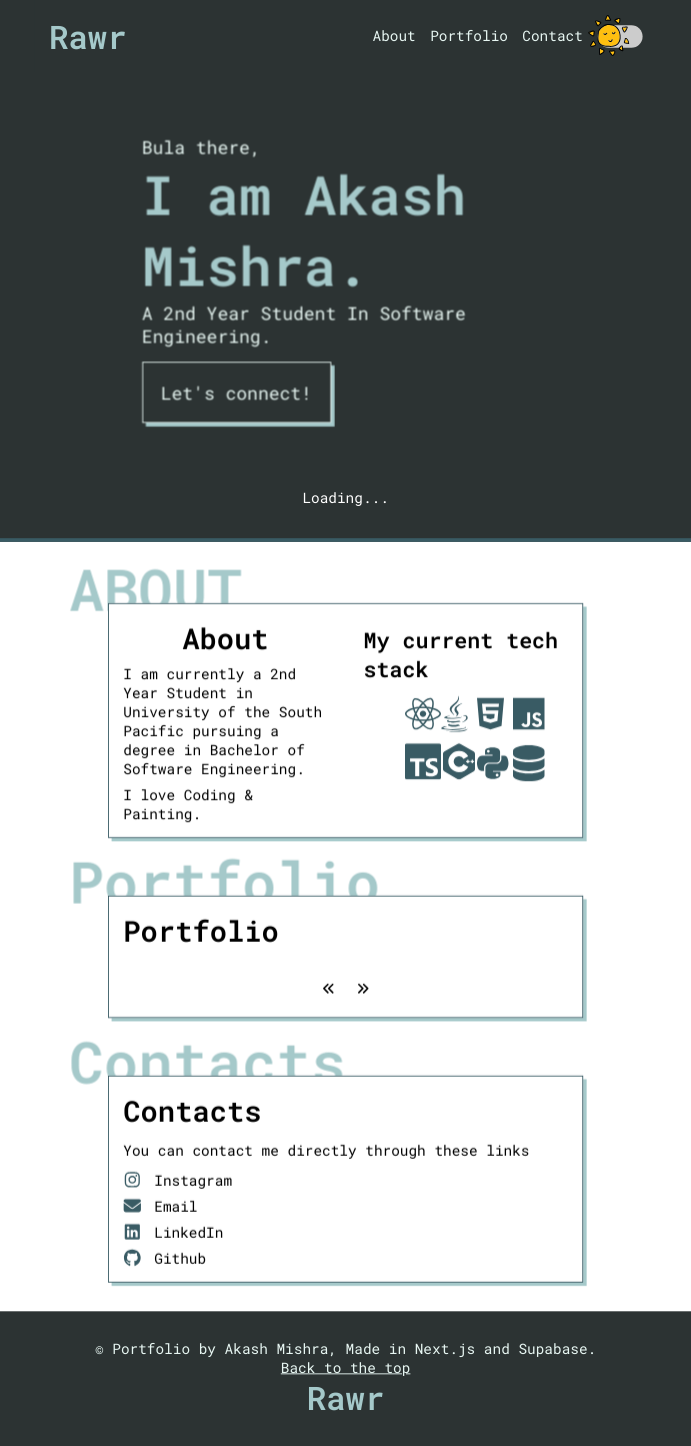
Repository: akashrawr/personal-portfolio
Page: /
These files come from the project's save history. The page is drawn as it stood at one moment and after the next save; the edit follows.
The browser window is 768 px wide. The pictures show the whole page, at 90% of full size.
The page's requests for data from a server got no answer. The project was rebuilt for these pictures with package versions that can differ from the ones it lists, and the page was loaded fresh each time. The framework's server and built-in components were replaced by stand-ins that run in the browser. No one was signed in, and anything a server would have sent is missing. Also part of the build but not shown: next.config.ts.

Above is the page before, as saved 2025-01-03 20:33:16.

### app/layout.tsx
import type { Metadata } from "next";
import { Geist, Geist_Mono } from "next/font/google";
import "./globals.css";

const geistSans = Geist({
  variable: "--font-geist-sans",
  subsets: ["latin"],
});

const geistMono = Geist_Mono({
  variable: "--font-geist-mono",
  subsets: ["latin"],
});

export const metadata: Metadata = {
  title: "akashrawr",
  description: "Personal Portfolio",
};

export default function RootLayout({
  children,
}: Readonly<{
  children: React.ReactNode;
}>) {
  return (
    <html lang="en" translate="no"> {/* Prevent translation of the entire page */}
      <head>
        <meta charSet="UTF-8" />
        <meta httpEquiv="Content-Language" content="en" /> {/* Explicitly set content language */}
        <meta name="google" content="notranslate" /> {/* Inform Google to not translate */}
        <link rel="icon" href="/rawr.ico" type="image/x-icon" />
        <title>akashrawr</title>
        <meta name="description" content="My Personal Portfolio" />
      </head>
      <body className={`${geistSans.variable} ${geistMono.variable} antialiased`}>
        <div className="notranslate">
          {children}
        </div>
      </body>
    </html>
  );
}

### app/page.tsx
"use client"; // Enables client-side functionality
import React, { useState, useEffect } from "react";
import AOS from "aos";
import "aos/dist/aos.css";
import "./globals.css"; // Import global styles

// Import components
import Header from "./components/Header";
import Hero from "./components/Hero";
import About from "./components/About";
import Portfolio from "./components/Portfolio";
import Contact from "./components/Contact";
import Footer from "./components/Footer";

const Page: React.FC = () => {
  useEffect(() => {
    AOS.init({ once: true, delay: 0 });
  }, []);

  const [isNavVisible, setIsNavVisible] = useState(false);
  const [darkMode, setDarkMode] = useState(false);

  const toggleNav = () => {
    setIsNavVisible(!isNavVisible);
  };

  const toggleDarkMode = () => {
    setDarkMode(!darkMode);
    document.body.classList.toggle("dark-mode", !darkMode);
  };

  return (
    <div>
      <Header
        isNavVisible={isNavVisible}
        toggleNav={toggleNav}
        darkMode={darkMode}
        toggleDarkMode={toggleDarkMode}
      />
      <main>
        <Hero />
        <About />
        <Portfolio />
        <Contact />
      </main>
      <Footer />
    </div>
  );
};

export default Page;

### app/globals.css
@import url("https://fonts.googleapis.com/css2?family=Roboto+Mono:wght@300;400;600&display=swap");

:root {
  --primary-color: #2c3333;
  --secondary-color: #395b64;
  --accent-1: #a5c9ca;
  --accent-2: #e7f6f2;
  --neutral-1: black;
  --neutral-2: white;
  --neutral-3: white;
  --neutral-4: black;
  --icon-1: #395b64;

  --dark-primary-color: #121212;
  --dark-secondary-color: #1f1f1f;
  --dark-accent-1: #6c757d;
  --dark-accent-2: #adb5bd;
  --dark-neutral-1: #ffffff;
  --dark-neutral-2: #121212;
  --dark-neutral-3:#1f1f1f;
  --dark-neutral-4: #938f8f;
  --dark-icon-1: #938f8f;

}

*,
*::after,
*::before {
  margin: 0;
  padding: 0;
  font-family: "Roboto Mono", monospace;
  box-sizing: border-box;


}

html {
  scroll-behavior: smooth;
}

body {
  overflow-x: hidden;
  background-color: var(--neutral-3);
  color: var(--neutral-1);
  font-family: "Roboto Mono", monospace;
}

body.dark-mode {
  --primary-color: var(--dark-primary-color);
  --secondary-color: var(--dark-secondary-color);
  --accent-1: var(--dark-accent-1);
  --accent-2: var(--dark-accent-2);
  --neutral-1: var(--dark-neutral-1);
  --neutral-2: var(--dark-neutral-2);
  --neutral-3: var(--dark-neutral-3);
  --neutral-4: var(--dark-neutral-4);
  --icon-1:var(--dark-icon-1);
}


/* Navbar styles */

header {
  display: flex;
  align-items: center;
  justify-content: center;

  max-width: 100vw;
  background-color: var(--primary-color);
}

a {
  font-size: 14px;
  text-decoration: none;
}

h1 {
  font-family: "Roboto Mono", monospace;
}

.navbar-nav {
  display: flex;
  align-items: center;
  justify-content: space-between;
  background-color: var(--primary-color);
  padding: 1rem;
  width: 90%;
}

.nav-logo {
  grid-column: 1;
}

.nav-logo > h1 {
  font-size: 30px;
  color: var(--accent-1);
}

.primary-nav {
  display: flex;
  list-style: none;
  gap: 16px;

  grid-column: 2;
  justify-self: end;
}

.mobile-nav-toggle {
  display: none;
  cursor: pointer;
}

.nav-link:link,
.nav-link:visited {
  font-size: 16px;
  color: var(--accent-2);

  transition: 300ms ease-in-out;
}

.nav-link:hover {
  font-weight: 600;
  color: var(--accent-1);
}

.user-icon {
  width: 24px;
  height: 24px;
  fill: var(--accent-1);
  transition: fill 0.3s ease;
}

.user-icon:hover {
  fill: var(--accent-1);
}

/* Dark mode toggle button */
.theme-toggle {
  background: none;
  border: none;
  cursor: pointer;
  padding: 8px;
  display: flex;
  align-items: center;
}

.nav-icons {
  --size: 30px;
  width: var(--size);
  aspect-ratio: 1;
  cursor: pointer;
}



@media only screen and (max-width: 35em) {
  .primary-nav {
    position: fixed;
    top: 0;
    right: 0;
    bottom: 0;
    width: 125px;

    flex-direction: column;
    padding: min(15vh, 3rem) 1rem;
    background-color: var(--primary-color);
    border-left: 2px solid rgb(111, 111, 111); /* Add this line for the left border */

    z-index: 9999;

    transform: translateX(100%);
    transition: transform 350ms ease-out;
  }


  .nav-link:link,
  .nav-link:visited {
    font-size: 15px;
    color: var(--accent-1);
  }

  .primary-nav[data-visible="true"] {
    transform: translateX(0%);
  }

  .mobile-nav-toggle[aria-expanded="true"] {
    background: url('data:[embedded picture, 416 characters]') center center no-repeat;
  }

  .mobile-nav-toggle {
    display: block;
    position: absolute;
    background: url('data:[embedded picture, 417 characters]') center center no-repeat;

    width: 1.25rem;
    aspect-ratio: 1;

    border: none;

    top: 1.4rem;
    right: 2.5rem;
    z-index: 10000;

    transition: 250ms ease-in-out;
  }
}

/* Section styles */

section {
  display: flex;
  align-items: center;
  justify-content: center;

  max-width: 100vw;
  position: relative;
}

/* HERO SECTION */
#hero {
  background-color: var(--primary-color);
  border-bottom: 4px solid var(--icon-1);
  padding: 2.2rem;
}

/* Main container for text and image */
.hero-main-container {
  display: flex;
  flex-wrap: wrap;
  align-items: center;
  justify-content: space-between;
  gap: 16px;
}

/* Text Container */
.hero-container {
  flex: 1;
  display: flex;
  flex-direction: column;
  gap: 16px;
  padding: 2.2rem;
  width: 90%;
  height: 350px;
  animation: fade-in 500ms linear forwards;
}

.hero-text-container > h2 {
  font-size: 28px;
  color: var(--accent-1);
}

.hero-text-container > p {
  font-size: 12px;
  color: var(--accent-2);
}

.hero-button {
  align-self: flex-start;

  font-size: 14px;
  padding: 1em;

  color: var(--accent-2);
  background-color: transparent;

  border: 1px solid var(--accent-2);
  box-shadow: 4px 4px 0px var(--accent-1);

  transition: 300ms ease-in-out;
}

.hero-button:hover {
  background-color: var(--accent-2);
  color: var(--primary-color);
  box-shadow: 6px 6px 0px var(--secondary-color);
}

/* Image Container */
.hero-img {
  flex: 1;
  display: flex;
  justify-content: center;
  align-items: center;
}

.hero-image {
  max-width: 50%;
  height: auto;
  border-radius: 10px;
  box-shadow: 0 4px 8px rgba(0, 0, 0, 0.1);
  border: 1px solid var(--secondary-color);
  background-color: var(--neutral-2);
  box-shadow: 4px 4px 0px var(--accent-1);
}

.hero-img p{
color:white;
}


/* Responsive Styles */
@media screen and (max-width: 768px) {
  .hero-main-container {
    flex-direction: column;
  }
  .hero-img {
    margin-top: 20px;
  }
  .hero-container, .hero-image {
    max-width: 75%;
    height: auto;
  }
  .hero-text-container {
    text-align: left;
    max-width: 95%;
  }


}
.hero-text-container > h2 {
  font-size: 30px;
  color: var(--accent-1);
}
.hero-text-container > p {
  font-size: 16px;
}
.project-card > h3 {
  font-size: 12px;
  color: var(--secondary-color);
}

/* ABOUT */

#about {
  padding: 2rem;
  margin-top: 36px;
  animation: fade-in 500ms linear forwards;

}

.wave-asset {
  width: 100%;
  position: absolute;

  top: 0;
  left: 0;
}

.about-container {
  display: flex;
  align-items: center;
  justify-content: center;
  background-color: var(--neutral-2);
  width: 90%;
  z-index: 999;
}

.about-card,
.portfolio-card,
.contact-card {
  display: flex;
  flex-direction: column;
  gap: 16px;
  border: 1px solid var(--secondary-color);
  background-color: var(--neutral-2);

  width: 100%;
  padding: 1rem;

  box-shadow: 4px 4px 0px var(--accent-1);
}

.about-content,
.portfolio-content {
  width: 100%;
  display: flex;
  flex-direction: column;
  gap: 8px;
}

.about-content > h2,
.about-content > h3 {
  color: var(--neutral-4);
}

.about-content > p {
  font-size: 12px;
  color: var(--neutral-4);
}

.tech-stack-grid {
  width: 65%;
  display: grid;
  grid-template-columns: repeat(4, 1fr);
  place-items: center;
}

.tech-stack {
  --size: 30px;
  width: var(--size);
  aspect-ratio: 1;
}

/* Portfolio container */

#portfolio {
  padding: 2rem;
  animation: fade-in 500ms linear forwards;
}

.portfolio-container {
  width: 90%;
  z-index: 999;
}

.project-container {
  display: grid;
  grid-template-columns: repeat(2, 1fr);
  gap: 16px;
}

.portfolio-content > h2 {
  color: var(--neutral-4);
}

.project-card {
  display: flex;
  flex-direction: column;
  gap: 4px;

  padding: 1rem;
  border-radius: 8px;
  border: 1px solid var(--accent-1);
}

.project-card > h3 {
  color: var(--neutral-4);
}

.project-card > h5 {
  color: var(--neutral-4);
  opacity: 0.5;
}

.project-card > p {
  font-size: 12px;
  width: 100%;
  display: -webkit-box;
  -webkit-box-orient: vertical;
  -webkit-line-clamp: 3;
  overflow: hidden;
  color: var(--neutral-4);
}

.project-img {
  width: 100%;
  aspect-ratio: 16/9;
}

.project-card-links {
  align-self: flex-end;

  margin-top: 10px;
  display: flex;
  align-items: center;
  gap: 12px;
}

.project-icons {
  --size: 20px;
  width: var(--size);
  aspect-ratio: 1;
}

.project-card-links > a {
  display: flex;
  align-items: center;
  color: var(--neutral-4);
  font-size: 10px;
  gap: 4px;
}

.project-card-links > a:link,
.project-card-links > a:visited {

  color: var(--neutral-4);
}

.project-card-links > a:hover {
  font-weight: 600;
  color: var(--accent-1);
}

/* CONTACT */
#contact {
  padding: 2rem;
  animation: fade-in 500ms linear forwards;
}

.contact-container {
  width: 90%;
  z-index: 999;
}

.contact-card {
  width: 100%;
  gap: 12px;
}
.contact-card > h2 {
    color: var(--neutral-4);
}

.contact-card > p {
  font-size: 12px;
  color: var(--neutral-4);
}

.contact-links {
  display: flex;
  flex-direction: column;
  gap: 8px;
}

.contact-links > a {
  display: flex;
  align-items: center;
  gap: 8px;
}

.contact-links > a:link,
.contact-links > a:visited {
  color: var(--neutral-4);
}

.contact-links > a:hover {
  font-weight: 600;
  color: var(--accent-1);
}
.contact-icons {
  --size: 20px;
  width: var(--size);
  aspect-ratio: 1;
}

/* extras */
.section-highlight {
  font-size: 4rem;
  font-weight: 600;
  opacity: 0.5;
  color: var(--accent-1);

  position: absolute;
  top: 0;
  left: 100px;
}

/* footer */
footer {
  display: flex;
  align-items: center;
  justify-content: center;
  color: var(--accent-2);
  max-width: 100vw;
  background-color: var(--primary-color);
  min-height: 150px;
}

.footer-content {
  text-align: center;
  font-size: 12px;
  width: 90%;

  color: var(--accent-2);
}

.footer-content > p {
  text-decoration: underline;
}

.footer-content > a {
  text-decoration: underline;
}

.footer-content > a:link,
.footer-content > a:visited {
  color: var(--accent-2);
}

.footer-content > a:hover {
  color: var(--accent-1);
}
/* media queries */

@media only screen and (max-width: 35em) {
  .hero-container {
    padding: 1rem;
    height: 200px;
  }
  .project-container {
    grid-template-columns: 1fr;
  }
  .tech-stack-grid {
    width: 100%;
  }
  .section-highlight {
    font-size: 3.5rem;
    top: -16px;
    left: 6vw;
  }
}

@media only screen and (min-width: 35em) {
  .hero-container {
    height: 250px;
  }
  .about-container,
  .portfolio-container,
  .contact-container {
    width: 75%;
  }

  .about-card,
  .portfolio-card {
    align-items: center;
    justify-content: center;
    flex-direction: row;
    gap: 20px;
  }

  .section-highlight {
    top: -26px;
    left: 10vw;
  }
}

@media only screen and (min-width: 768px) {
  .nav-logo > h1 {
    font-size: 36px;
  }

  /* hero */
  .hero-container {
    height: 350px;
  }

  .hero-text-container > p {
    font-size: 20px;
  }

  .hero-text-container > h2 {
    font-size: 60px;
  }

  .hero-button {
    font-size: 20px;
  }

  /* about */
  .about-card {
    gap: 40px;
  }

  .about-content > h2 {
    font-size: 32px;
  }

  .about-content > h3 {
    font-size: 24px;
  }

  .about-content > p {
    font-size: 16px;
  }

  .tech-stack-section {
    align-self: flex-start;
    margin-top: 8px;
  }

  .tech-stack {
    --size: 40px;
    width: var(--size);
    aspect-ratio: 1;
  }

  /* portfolio */
  .portfolio-content > h2 {
    font-size: 32px;
  }

  .project-card > h3 {
    font-size: 24px;
  }

  .project-card > h5,
  .project-card > p {
    font-size: 16px;
  }

  .project-card-links > a {
    font-size: 16px;
  }

  /* contacts */
  .contact-card > h2 {
    font-size: 32px;
  }

  .contact-card > p {
    font-size: 16px;
  }

  .contact-links > a {
    font-size: 16px;
  }
  .footer-content,
  .footer-content > a {
    font-size: 16px;
  }
}

@media only screen and (min-width: 1024px) {
  .section-highlight {
    top: -26px;
    left: 10vw;
  }
}

@keyframes fade-in {
  0% {
    opacity: 0;
  }
  100% {
    opacity: 1;
  }
}

/* Adjust specific sections as needed for React-specific behaviors */
.primary-nav.visible {
  transform: translateX(0%);
}

/* The switch - the box around the slider */
.switch {
  position: relative;
  display: inline-block;
  width: 50px;
  height: 25px;
}

/* Hide default HTML checkbox */
.switch input {
  opacity: 0;
  width: 0;
  height: 0;
}

/* The slider */
.slider {
  position: absolute;
  cursor: pointer;
  top: 0;
  left: 0;
  right: 0;
  bottom: 0;
  background-color: #ccc;
  -webkit-transition: .4s;
  transition: .4s;
  border-radius: 25px; /* Rounded edges for the slider */
  display: flex;

  align-items: center;
}

/* Adjust the icon size to 48x48 pixels */
.slider .icon {
  position: absolute;
  width: 48px;
  height: 48px;
  transition: .4s;
}

/* When the input is checked (dark mode is on) */
input:checked + .slider {
  background-color: #3e4346; /* Change background color on check */
}

input:focus + .slider {
  box-shadow: 0 0 1px #2196F3;
}

/* Move the icons when the input is checked (dark mode) */
input:checked + .slider .icon {
  transform: translateX(20px); /* Move the icon to the right */
}

/* Default state (light mode) */
input:not(:checked) + .slider .icon {
  transform: translateX(-15px) translateY(-2px); /* Icon remains in the default position */
  width: 52px; /* Further reduced icon size for very small screens */
  height: 52px; /* Further reduced icon size for very small screens */
}

.about-icon {
  color: var(--icon-1); /* Change to any shade of blue you prefer */
  font-size: 3rem; /* Adjust size as needed */
  margin: 0.5rem;
}

.project-icons {
  margin-right: 0.5rem; /* Space between icon and text */
  font-size: 1.5rem; /* Adjust icon size */
  color: inherit; /* Match the color of the link */
}

.contact-icons {
  margin-right: 0.5rem; /* Space between icon and text */
  font-size: 1.5rem; /* Adjust icon size */
  color: var(--icon-1);
}

/* Responsive Adjustments */
@media (max-width: 768px) {
  .about-icon {
    font-size: 2.5rem; /* Slightly smaller on smaller devices */
    margin: 0.4rem;
  }

  .project-icons {
    font-size: 1.2rem; /* Smaller icon size on smaller screens */
    margin-right: 0.4rem;
  }

  .contact-icons {
    font-size: 1.2rem; /* Smaller icon size on smaller screens */
    margin-right: 0.4rem;
  }
}

@media (max-width: 480px) {
  .about-icon {
    font-size: 2rem; /* Even smaller on very small devices */
    margin: 0.3rem;
  }

  .project-icons {
    font-size: 1rem; /* Further reduced icon size for very small screens */
    margin-right: 0.3rem;
  }

  .contact-icons {
    font-size: 1rem; /* Further reduced icon size for very small screens */
    margin-right: 0.3rem;
  }
}

.pagination {
  display: flex;
  justify-content: center;
  align-items: center;
  margin-top: 1rem;
}

.pagination a {
  color: var(--neutral-4);
  padding: 8px 16px;
  text-decoration: none;
}

.pagination a.active {
  background-color: #395b64;
  color: white;
}

.pagination a:disabled {
  color: grey;
  pointer-events: none;
}

/* Responsive Adjustments */
@media (max-width: 768px) {
  .pagination a {
    padding: 6px 12px; /* Smaller padding for smaller screens */
    font-size: 0.9rem; /* Slightly smaller font size */
  }

  .pagination {
    margin-top: 0.75rem; /* Adjust margin top for smaller screens */
  }
}

@media (max-width: 480px) {
  .pagination a {
    padding: 4px 8px; /* Even smaller padding for very small screens */
    font-size: 0.8rem; /* Smaller font size for very small screens */
  }

  .pagination {
    margin-top: 0.5rem; /* Adjust margin top for very small screens */
  }
}

### app/components/Contact.tsx
import React from "react";
import { FontAwesomeIcon } from "@fortawesome/react-fontawesome";
import { faInstagram, faGithub, faLinkedin } from "@fortawesome/free-brands-svg-icons";
import { faEnvelope } from "@fortawesome/free-solid-svg-icons";

const Contact: React.FC = () => {
  return (
    <section id="contact">
      <h2 className="section-highlight" data-aos="fade-up">
        Contacts
      </h2>
      <div className="contact-container" data-aos="fade-up">
        <div className="contact-card">
          <h2>Contacts</h2>
          <p>You can contact me directly through these links</p>

          <div className="contact-links">
            <a href="https://www.instagram.com/_acnologxa" className="contact-link">
              <FontAwesomeIcon icon={faInstagram} className="contact-icons" />
              Instagram
            </a>

            <a href="mailto:akashkm553@gmail.com" className="contact-link">
              <FontAwesomeIcon icon={faEnvelope} className="contact-icons" />
              Email
            </a>

            <a href="https://www.linkedin.com/in/akashmishra-rawr" className="contact-link">
              <FontAwesomeIcon icon={faLinkedin} className="contact-icons" />
              LinkedIn
            </a>

            <a href="https://github.com/akashrawr" className="contact-link">
              <FontAwesomeIcon icon={faGithub} className="contact-icons" />
              Github
            </a>
          </div>
        </div>
      </div>
    </section>
  );
};

export default Contact;

### app/components/Footer.tsx
import React from 'react';

const Footer: React.FC = () => {
  return (
    <footer>
      <div className="footer-content">
        © Portfolio by Akash Mishra, Made in Next.js and Supabase. <br />
        <a href="#hero">Back to the top</a>
        <div className="nav-logo">
          <h1>Rawr</h1>
        </div>
      </div>
    </footer>
  );
};

export default Footer;

### app/utils/supabaseClient.ts
import { createClient } from '@supabase/supabase-js';

// Fetch environment variables
const supabaseUrl = process.env.NEXT_PUBLIC_SUPABASE_URL || '';
const supabaseKey = process.env.NEXT_PUBLIC_SUPABASE_KEY || '';

// Initialize the Supabase client
const supabase = createClient(supabaseUrl, supabaseKey);

export default supabase;

Loaded but not shown: app/components/Header.tsx (89 lines, source omitted); app/components/Portfolio.tsx (139 lines, source omitted); app/components/About.tsx (59 lines, source omitted); app/components/Hero.tsx (60 lines, source omitted)

After the next save:
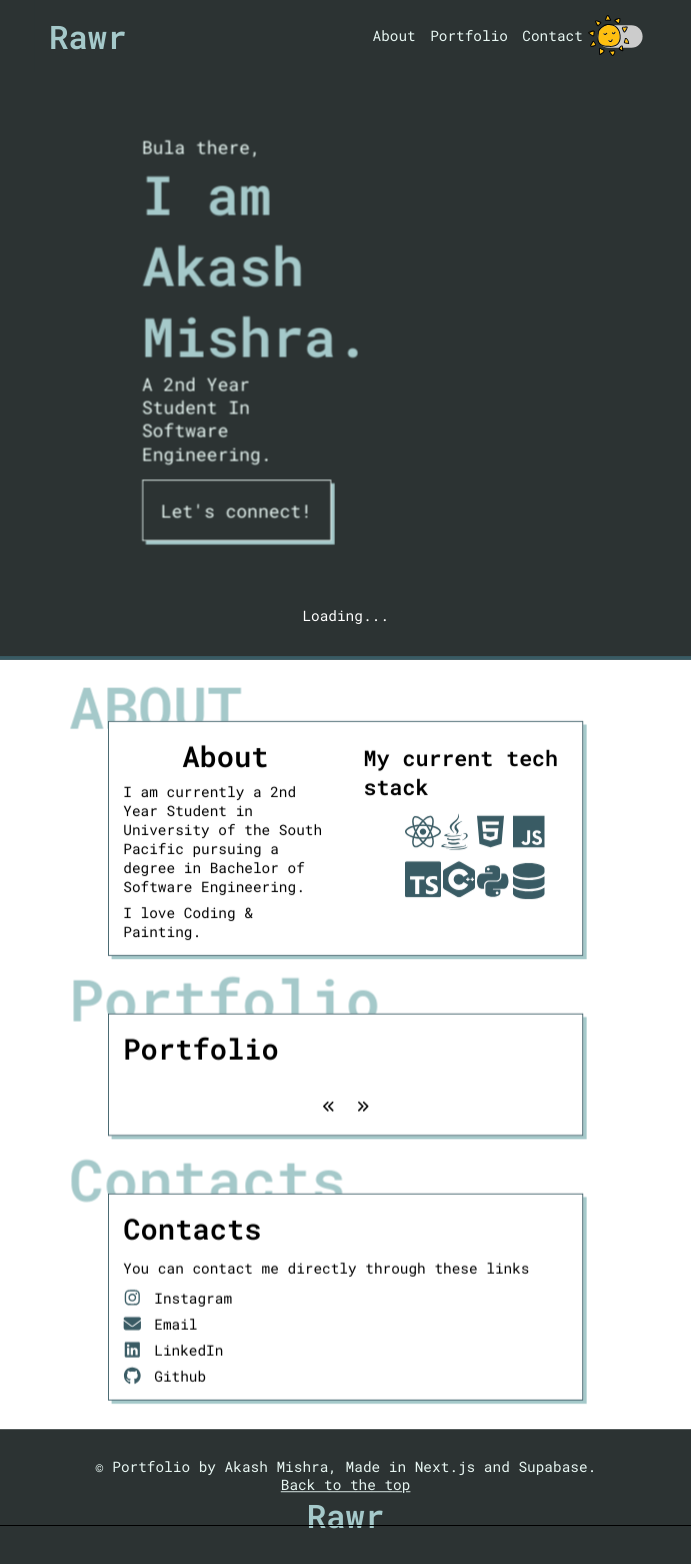
Saved 11 s later.
--- a/app/globals.css
+++ b/app/globals.css
@@ -312,7 +312,7 @@
   }
   .hero-text-container {
     text-align: left;
-    max-width: 95%;
+    max-width: 35%;
   }
 
 

After the save that followed:
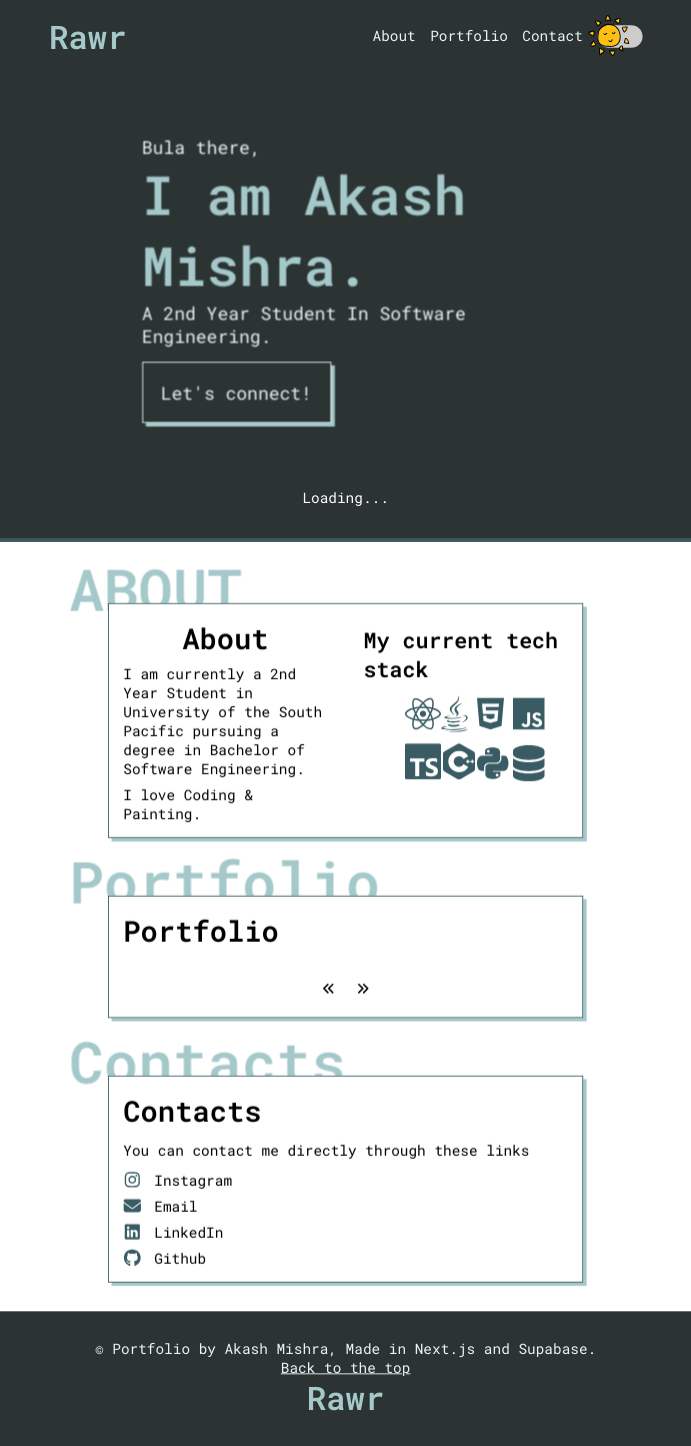
Saved 12 s later.
--- a/app/globals.css
+++ b/app/globals.css
@@ -312,7 +312,7 @@
   }
   .hero-text-container {
     text-align: left;
-    max-width: 35%;
+    max-width: 150%;
   }
 
 
